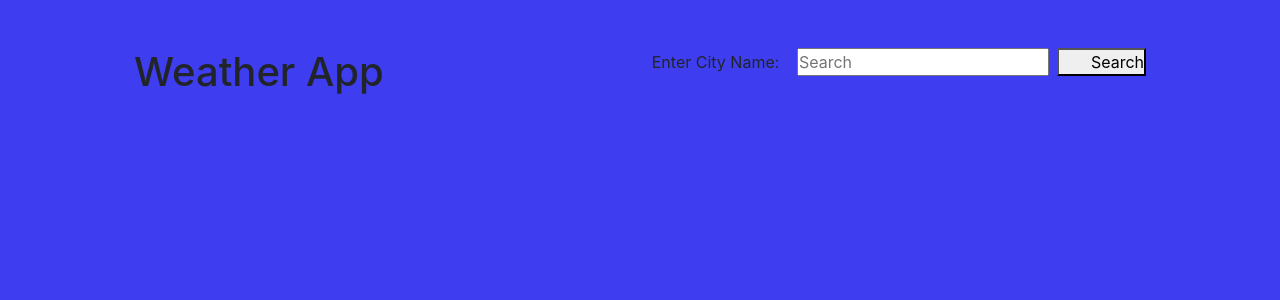
Repository: bhaveshtrades/weatherapp
Page: /
The author's editor kept a copy of each file at every save. The page is drawn from the files as they stood at one save, then again after the next save.
The browser window is 1280 px wide. The pictures show the whole page.
The project was rebuilt for these pictures with package versions that can differ from the ones it lists, and the page was loaded fresh each time. Also part of the build but not shown: src/components/CurrentWeather.jsx.

Above is the page before, as saved 2023-01-08 19:11:07.

### public/index.html
<!DOCTYPE html>
<html lang="en">
  <head>
    <meta charset="utf-8" />
    <link rel="icon" href="%PUBLIC_URL%/favicon.ico" />
    <meta name="viewport" content="width=device-width, initial-scale=1" />
    <meta name="theme-color" content="#000000" />
    <meta
      name="description"
      content="Web site created using create-react-app"
    />
    <link rel="apple-touch-icon" href="%PUBLIC_URL%/logo192.png" />
    <!--
      manifest.json provides metadata used when your web app is installed on a
      user's mobile device or desktop. See https://developers.google.com/web/fundamentals/web-app-manifest/
    -->
    <link rel="manifest" href="%PUBLIC_URL%/manifest.json" />
    <link href="https://cdn.jsdelivr.net/npm/bootstrap@5.3.0-alpha1/dist/css/bootstrap.min.css" rel="stylesheet" integrity="sha384-GLhlTQ8iRABdZLl6O3oVMWSktQOp6b7In1Zl3/Jr59b6EGGoI1aFkw7cmDA6j6gD" crossorigin="anonymous" />
  </head>

    <!--
      Notice the use of %PUBLIC_URL% in the tags above.
      It will be replaced with the URL of the `public` folder during the build.
      Only files inside the `public` folder can be referenced from the HTML.

      Unlike "/favicon.ico" or "favicon.ico", "%PUBLIC_URL%/favicon.ico" will
      work correctly both with client-side routing and a non-root public URL.
      Learn how to configure a non-root public URL by running `npm run build`.
    -->
    <title>React App</title>
  </head>
  <body>
    <noscript>You need to enable JavaScript to run this app.</noscript>
    <div id="root"></div>
    <!--
      This HTML file is a template.
      If you open it directly in the browser, you will see an empty page.

      You can add webfonts, meta tags, or analytics to this file.
      The build step will place the bundled scripts into the <body> tag.

      To begin the development, run `npm start` or `yarn start`.
      To create a production bundle, use `npm run build` or `yarn build`.
    -->
  </body>
  <script src="https://cdn.jsdelivr.net/npm/@popperjs/core@2.11.6/dist/umd/popper.min.js" integrity="sha384-oBqDVmMz9ATKxIep9tiCxS/Z9fNfEXiDAYTujMAeBAsjFuCZSmKbSSUnQlmh/jp3" crossorigin="anonymous"></script>
  <script src="https://cdn.jsdelivr.net/npm/bootstrap@5.3.0-alpha1/dist/js/bootstrap.min.js" integrity="sha384-mQ93GR66B00ZXjt0YO5KlohRA5SY2XofN4zfuZxLkoj1gXtW8ANNCe9d5Y3eG5eD" crossorigin="anonymous"></script>
</html>

### src/App.js
import React, { useState } from 'react';
import './App.css';
import CurrentWeather from './components/CurrentWeather';
import Navbar from './components/Navbar';

function App() {

    const apiKey = process.env.REACT_APP_API_KEY;

    const[city, setCity] = useState();
    const[weatherData, setWeatherData] = useState([]);
    const[country, setCountry] = useState();
    const[location, setLocation] = useState();
    const[currentDate, setCurrentDate] = useState();
    const[currentDay, setCurrentDay] = useState();
    const[currentMonth, setCurrentMonth] = useState();
    const[currentIcon, setCurrentIcon] = useState();
    const[currentTemp, setCurrentTemp] = useState();
    const[currentStatus, setCurrentStatus] = useState();


    const weekDays = ['Sunday', 'Monday', 'Tuesday', 'Wednesday', 'Thursday', 'Friday', 'Saturday'];
    const months = ["January","February","March","April","May","June","July","August","September","October","November","December"];

    const currentAPI = `http://api.weatherapi.com/v1/current.json?key=${apiKey}&q=${city}`;

     const getWeather = (e)=>{
      e.preventDefault();
      fetch(currentAPI).then(data => data.json())
      .then((response)=>{
        setWeatherData([response]);
        setCountry(response.location.country);
        setLocation(response.location.name);
        setCurrentDate(new Date(`${response.current.last_updated}`).getDate());
        setCurrentDay(new Date(`${response.current.last_updated}`).getDay());
        setCurrentMonth(new Date(`${response.current.last_updated}`).getMonth());
        setCurrentIcon(response.current.condition.icon);
        setCurrentTemp(response.current.temp_c);
        setCurrentStatus(response.current.condition.text);
      });
    }


  return (
    <>
    <Navbar resultProp={getWeather} cityProp={(e)=>{setCity(e.target.value)}}/>
    {weatherData.length !==0 && <CurrentWeather countryProp={country} locationProp={location} dayProp={weekDays[currentDay]} dateProp={currentDate} monthProp={months[currentMonth]} currentIconProp={currentIcon} currentTempProp={currentTemp} currentStatusProp={currentStatus}/>}
    </>
  );
}

export default App;

### src/App.css
*{
  padding: 0;
  margin: 0;
}

body{
  background-color: rgba(61, 61, 240, 0.993);
}

.nDiv1{
  display: flex;
  justify-content: space-around;
  padding-top: 3rem;
}

.searchInput{
  margin-left: 1.1rem;
}

.searchButton{
  margin-left: 0.5rem;
  padding-left: 2rem;
}

.cDiv1{
  margin-top: 4rem;
  padding-left: 7rem;
  color: whitesmoke;
}

.cDiv2{
  display: flex;
}

.cDiv3{
  display: flex;
  gap: 4rem;
  justify-content: center;
}

.cDiv5{
  padding-top: 2rem;
}

.cDiv6{
  padding-left: 2rem;
}

.currentIcon{
  height: 8rem;
  width: 8rem;
}

### src/components/Navbar.jsx
import React from 'react'

function Navbar({resultProp, cityProp}){

  return (
    <>
    <div className='nDiv1'>
    <div className='nDiv2'>
    <h1>Weather App</h1>
    </div>
    <div className='nDiv3'>
    <form className='searchBox' role="search" onSubmit={resultProp}>
        <label htmlFor='searchLocation' className='searchLabel'>Enter City Name: </label>
        <input className='searchInput' id='searchLocation' placeholder='Search' onChange={cityProp}/>
        <button className='searchButton' type="submit">Search</button>
    </form>
    </div>
    </div>
    </>
  )
}

export default Navbar;

Loaded but not shown: src/index.js (common file); src/index.css (common file); src/reportWebVitals.js (common file)

After the next save:
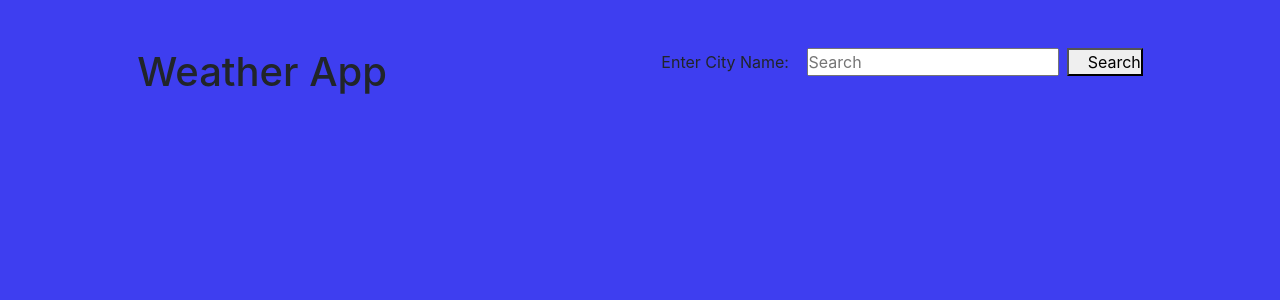
Saved 4 s later.
--- a/src/App.css
+++ b/src/App.css
@@ -19,7 +19,7 @@ body{
 
 .searchButton{
   margin-left: 0.5rem;
-  padding-left: 2rem;
+  padding-left: 1.2rem;
 }
 
 .cDiv1{
